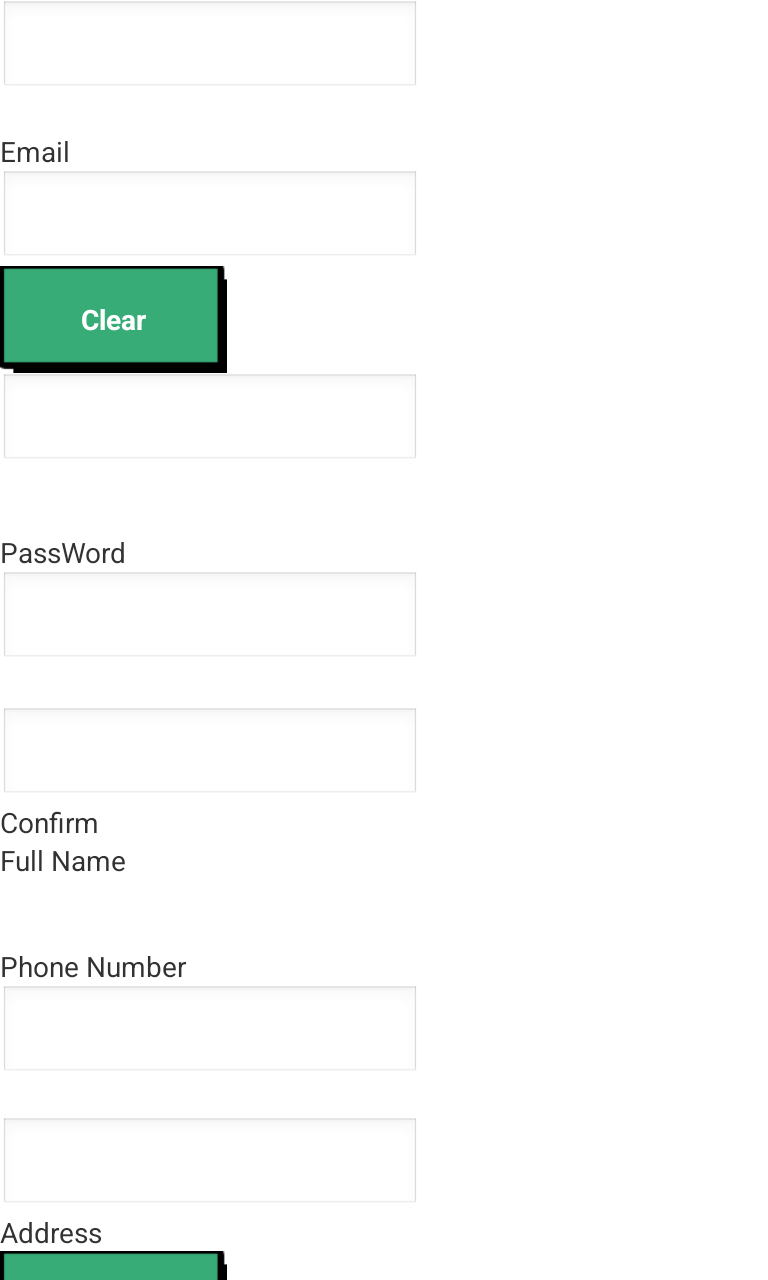
Repository: VanThi/Smart_Order
Layout: Project OS/Project_SO/res/layout/activity_register.xml
The author's editor kept a copy of each file at every save. The layout is drawn from the files as they stood at one save, then again after a run of saves.
It is drawn on a 768 x 1280 px phone screen (xhdpi) without system bars, with theme android:Theme.Light.NoTitleBar.Fullscreen; the app's code is not run.

Above is the layout before, as saved 2013-11-09 11:35:34.

### Project OS/Project_SO/res/layout/activity_register.xml
<?xml version="1.0" encoding="utf-8"?>
<LinearLayout xmlns:android="http://schemas.android.com/apk/res/android"
    android:layout_width="match_parent"
    android:layout_height="match_parent"
    android:orientation="vertical" >

    <TextView
        android:layout_width="wrap_content"
        android:layout_height="wrap_content"
        android:layout_weight="1"
        />

    <TextView
        android:id="@+id/registerForm"
        android:layout_width="wrap_content"
        android:layout_height="wrap_content"
        android:layout_gravity="center"
        android:layout_weight="1"
        android:text="@string/registerForm"
        android:textAppearance="?android:attr/textAppearanceLarge" />
    <LinearLayout
        android:layout_width="wrap_content"
        android:layout_height="wrap_content"
        android:layout_weight="1"
        android:orientation="horizontal"
        >

    <TextView
        android:id="@+id/tv_userName"
        android:layout_width="wrap_content"
        android:layout_height="wrap_content"
        android:ems="8"
        android:text="@string/userName" />
    </LinearLayout>
    <EditText
        android:id="@+id/et_userName"
        android:layout_width="wrap_content"
        android:layout_height="wrap_content"
        android:layout_alignBaseline="@+id/tv_userName"
        android:layout_alignBottom="@+id/tv_userName"
        android:layout_toRightOf="@+id/tv_phoneNumber"
        android:ems="10"
        android:inputType="text" />

    <TextView
        android:id="@+id/tv_email"
        android:layout_width="wrap_content"
        android:layout_height="wrap_content"
        android:layout_alignParentLeft="true"
        android:layout_below="@+id/et_fullname"
        android:layout_marginTop="18dp"
        android:ems="8"
        android:text="@string/email" />

    <EditText
        android:id="@+id/et_email"
        android:layout_width="wrap_content"
        android:layout_height="wrap_content"
        android:layout_alignBaseline="@+id/tv_email"
        android:layout_alignBottom="@+id/tv_email"
        android:layout_alignLeft="@+id/et_fullname"
        android:ems="10"
        android:inputType="textEmailAddress" />

    <Button
        android:id="@+id/clear"
        android:layout_width="wrap_content"
        android:layout_height="wrap_content"
        android:layout_alignBottom="@+id/save"
        android:layout_alignRight="@+id/et_email"
        style="@style/Button"
        android:text="@string/clear" />

    <EditText
        android:id="@+id/et_fullname"
        android:layout_width="wrap_content"
        android:layout_height="wrap_content"
        android:layout_alignLeft="@+id/et_comfrim"
        android:layout_below="@+id/et_comfrim"
        android:ems="10"
        android:inputType="text" />


    <TextView
        android:id="@+id/tv_pass"
        android:layout_width="wrap_content"
        android:layout_height="wrap_content"
        android:layout_alignParentLeft="true"
        android:layout_below="@+id/et_userName"
        android:layout_marginTop="32dp"
        android:ems="8"
        android:text="@string/password" />

    <EditText
        android:id="@+id/et_password"
        android:layout_width="wrap_content"
        android:layout_height="wrap_content"
        android:layout_alignBaseline="@+id/tv_pass"
        android:layout_alignBottom="@+id/tv_pass"
        android:layout_alignLeft="@+id/et_userName"
        android:ems="10"
        android:inputType="textPassword" />

    <EditText
        android:id="@+id/et_comfrim"
        android:layout_width="wrap_content"
        android:layout_height="wrap_content"
        android:layout_alignLeft="@+id/et_password"
        android:layout_below="@+id/et_password"
        android:layout_marginTop="20dp"
        android:ems="10"
        android:inputType="textPassword" />

    <TextView
        android:id="@+id/confrim"
        android:layout_width="wrap_content"
        android:layout_height="wrap_content"
        android:layout_alignBaseline="@+id/et_comfrim"
        android:layout_alignBottom="@+id/et_comfrim"
        android:layout_alignParentLeft="true"
        android:text="@string/confirm" />

    <TextView
        android:id="@+id/tv_fullName"
        android:layout_width="wrap_content"
        android:layout_height="wrap_content"
        android:layout_alignBaseline="@+id/et_fullname"
        android:layout_alignBottom="@+id/et_fullname"
        android:layout_alignParentLeft="true"
        android:ems="8"
        android:text="@string/fullName" />

    <TextView
        android:id="@+id/tv_phoneNumber"
        android:layout_width="wrap_content"
        android:layout_height="wrap_content"
        android:layout_alignParentLeft="true"
        android:layout_below="@+id/et_email"
        android:layout_marginTop="34dp"
        android:ems="8"
        android:text="@string/phoneNumber" />

    <EditText
        android:id="@+id/et_phoneNumber"
        android:layout_width="wrap_content"
        android:layout_height="wrap_content"
        android:layout_alignBaseline="@+id/tv_phoneNumber"
        android:layout_alignBottom="@+id/tv_phoneNumber"
        android:layout_toRightOf="@+id/tv_phoneNumber"
        android:inputType="phone"
        android:ems="10" />

    <EditText
        android:id="@+id/et_address"
        android:layout_width="wrap_content"
        android:layout_height="wrap_content"
        android:layout_below="@+id/et_phoneNumber"
        android:layout_marginTop="18dp"
        android:layout_toRightOf="@+id/tv_phoneNumber"
        android:inputType="text"
        android:ems="10" />

    <TextView
        android:id="@+id/tv_address"
        android:layout_width="wrap_content"
        android:layout_height="wrap_content"
        android:layout_alignBaseline="@+id/et_address"
        android:layout_alignBottom="@+id/et_address"
        android:layout_alignParentLeft="true"
        android:ems="8"
        android:text="@string/address" />

    <Button
        android:id="@+id/save"
        android:layout_width="wrap_content"
        android:layout_height="wrap_content"
        android:layout_below="@+id/et_address"
        android:layout_marginRight="16dp"
        android:layout_toLeftOf="@+id/clear"
        style="@style/Button"
        android:text="@string/save" />


</LinearLayout>

### Project OS/Project_SO/res/values/strings.xml
<?xml version="1.0" encoding="utf-8"?>
<resources>

    <string name="app_name">Smart Order</string>
    <string name="action_settings">Settings</string>
    <string name="hello_world">Hello world!</string>
    <string name="menu_item">Menu</string>
    <string name="configuration">View Info</string>
    <string name="viewOrder">View Order</string>
    <string name="logout">Logout</string>
    <string name="exit">Exit</string>
    <string name="userName">User Name</string>
    <string name="password">PassWord</string>
    <string name="address">Address</string>
    <string name="phoneNumber">Phone Number</string>
    <string name="email">Email</string>
    <string name="confirm">Confirm</string>
    <string name="fullName">Full Name</string>
    <string name="register">Have not a account?</string>
    <string name="login">Login</string>
    <string name="developer">CyberSoft Team 1</string>
    <string name="clear">Clear</string>
    <string name="update">Update</string>
    <string name="order">Order</string>
    <string name="save">Save</string>
    <string name="registerForm">Register Form</string>
	<string name="configurationForm">View Info</string>
	<string name="ok">OK</string>
	<string name="back">Back</string>
	<string name="inc">+</string>
	<string name="dec">-</string>

</resources>

### Project OS/Project_SO/res/values/styles.xml
<resources>

    <!--
        Base application theme, dependent on API level. This theme is replaced
        by AppBaseTheme from res/values-vXX/styles.xml on newer devices.
    -->
    <style name="AppBaseTheme" parent="android:Theme.Light">
        <!--
            Theme customizations available in newer API levels can go in
            res/values-vXX/styles.xml, while customizations related to
            backward-compatibility can go here.
        -->
    </style>

    <style name="NoActionBar" parent="@android:style/Theme.Holo.NoActionBar">
        <!-- Inherits the Holo theme with no action bar; no other styles needed. -->
    </style>

    <!-- Application theme. -->
    <style name="AppTheme" parent="AppBaseTheme">
        <!-- All customizations that are NOT specific to a particular API-level can go here. -->
    </style>

    <style name="HeaderBG">
        <item name="android:layout_width">fill_parent</item>
        <item name="android:layout_height">60dp</item>
        <item name="android:background">@drawable/header_bg</item>
        <item name="android:orientation">horizontal</item>
    </style>

    <style name="HeaderText">
        <item name="android:textColor">#FFFFFF</item>
        <item name="android:textSize">22sp</item>
        <item name="android:textStyle">bold</item>
        <item name="android:ellipsize">end</item>
        <item name="android:gravity">center</item>
        <item name="android:singleLine">true</item>
        <item name="android:text">@string/app_name</item>
    </style>

    <style name="Background">
        <item name="android:layout_width">fill_parent</item>
        <item name="android:layout_height">fill_parent</item>
        <item name="android:background">@color/background</item>
        <item name="android:orientation">vertical</item>
    </style>

    <style name="MENU">
        <item name="android:layout_width">fill_parent</item>
        <item name="android:layout_height">63dp</item>
        <item name="android:background">@drawable/menu_bg</item>
        <item name="android:gravity">center_vertical</item>
        <item name="android:padding">10dp</item>
        <item name="android:textColor">#FFFFFF</item>
        <item name="android:textSize">16sp</item>
    </style>

    <style name="TextDescription">
        <item name="android:textColor">@color/black</item>
        <item name="android:textSize">16sp</item>
        <item name="android:typeface">sans</item>
        <item name="android:textStyle">bold</item>
    </style>

    <style name="Text">
        <item name="android:textColor">@color/black</item>
        <item name="android:textSize">20sp</item>
        <item name="android:typeface">sans</item>
    </style>

    <style name="EditText">
        <item name="android:textColor">@color/black</item>
        <item name="android:textSize">14sp</item>
        <item name="android:typeface">sans</item>
        <item name="android:padding">5dp</item>
    </style>

    <style name="Button">
        <item name="android:padding">5dp</item>
        <item name="android:textStyle">bold</item>
        <item name="android:textColor">@color/white</item>
        <item name="android:textSize">14sp</item>
        <item name="android:background">@drawable/btn_bg</item>
        <item name="android:typeface">sans</item>
        <item name="android:layout_width">90dp</item>
        <item name="android:layout_height">40dp</item>
    </style>

    <style name="ButtonRight">
        <item name="android:padding">5dp</item>
        <item name="android:textStyle">bold</item>
        <item name="android:textColor">@color/white</item>
        <item name="android:textSize">14sp</item>
        <item name="android:background">@drawable/btn_bg</item>
        <item name="android:typeface">sans</item>
        <item name="android:layout_width">90dp</item>
        <item name="android:layout_height">40dp</item>
        <item name="android:layout_marginLeft">5dp</item>
    </style>

    <style name="CustomProgressBar" parent="android:Widget.ProgressBar.Horizontal">
        <item name="android:layout_width">200dp</item>
        <item name="android:layout_height">wrap_content</item>
        <item name="android:padding">5dp</item>
        <item name="android:layout_marginRight">10dp</item>
        <item name="android:indeterminateOnly">false</item>
        <item name="android:progressDrawable">@drawable/custom_progress_bar_horizontal</item>
        <item name="android:minHeight">10dip</item>
        <item name="android:maxHeight">20dip</item>
    </style>


</resources>

### Project OS/Project_SO/res/values/colors.xml
<?xml version="1.0" encoding="utf-8"?>
<resources>
	<color name="transparent">#00000000</color>
	<color name="menu_background">#C0C0C0</color>
	<color name="background">#ffffff</color>

	<!-- Process bar -->
	<color name="black">#000000</color>
	<color name="white">#ffffff</color>
	<color name="progressbar">#4b80ce</color>

</resources>

### Project OS/Project_SO/res/drawable/btn_bg.xml
<?xml version="1.0" encoding="utf-8"?>
<selector xmlns:android="http://schemas.android.com/apk/res/android">
    <item android:state_pressed="true"
          android:drawable="@drawable/btn_bg_selected" /> <!-- pressed -->
    <item android:state_focused="true"
          android:drawable="@drawable/btn_bg_selected" /> <!-- focused -->
    <item android:drawable="@drawable/btn_bg_normal" /> <!-- default -->
</selector>

After the next 2 saves:
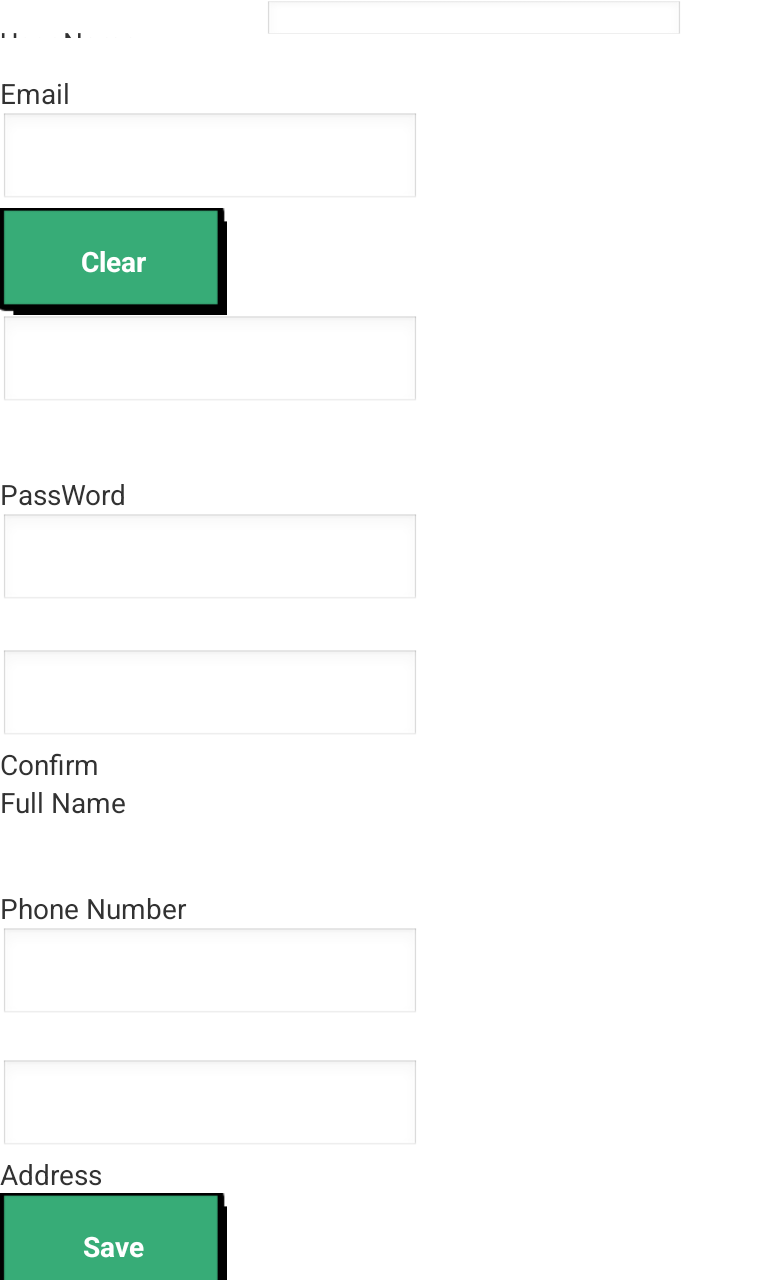
The 2 saves are shown as one change because they came seconds apart.
The last was saved 19 s later.
--- a/Project OS/Project_SO/res/layout/activity_register.xml
+++ b/Project OS/Project_SO/res/layout/activity_register.xml
@@ -31,16 +31,15 @@
         android:layout_height="wrap_content"
         android:ems="8"
         android:text="@string/userName" />
-    </LinearLayout>
+
     <EditText
         android:id="@+id/et_userName"
         android:layout_width="wrap_content"
         android:layout_height="wrap_content"
-        android:layout_alignBaseline="@+id/tv_userName"
-        android:layout_alignBottom="@+id/tv_userName"
-        android:layout_toRightOf="@+id/tv_phoneNumber"
         android:ems="10"
         android:inputType="text" />
+
+    </LinearLayout>
 
     <TextView
         android:id="@+id/tv_email"
